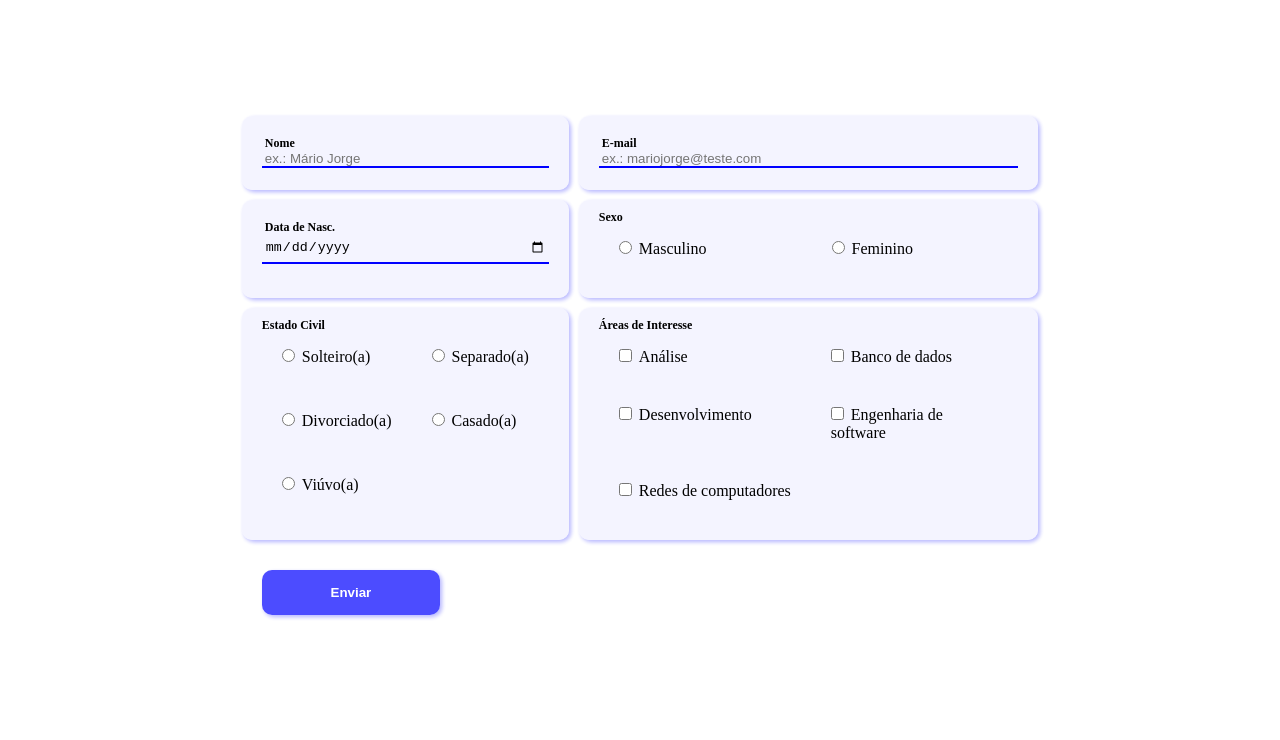
Repository: mjRibeiroTriscal/UVA_Projects
Page: Proj_A1_AVA2_2020_1/index.html
An editor plug-in stored every save of this project. The page is shown before and after the next save, followed by the edit.
The browser window is 1280 px wide. The pictures show the whole page.

Above is the page before, as saved 2020-03-13 14:43:07.

### Proj_A1_AVA2_2020_1/index.html
<!--
*   @project     A1_AVA2_UVA_2020_1
*   @author      Mário Jorge (mariojgmaster@yahoo.com.br)
*   @Git         MJRibeiroTriscal (https://github.com/mjRibeiroTriscal)
-->

<html>

<head>
    <meta charset="UTF-8">
    <title>Tell Me About You</title>
    <!-- <link rel="icon" href="./favicon.png" sizes="16x16 32x32" type="image/png"> -->
    <script src="./script.js"></script>
    <link rel="stylesheet" href="./style.css" />
</head>

<body>
    <div id="container">

        <header>

            <h2></h2>

        </header>

        <section>

            <form class="gridContainer" name="formUva" action="http://google.co">

                <div class="gridItem blockContainer">
                    <label for="nome" class="labelFirst">Nome</label>
                    <input id="nome" type="text" name="nome" placeholder="ex.: Mário Jorge" />
                </div>
                <div class="gridItem blockContainer">
                    <label for="email" class="labelFirst">E-mail</label>
                    <input id="email" type="text" name="email" placeholder="ex.: mariojorge@teste.com" />
                </div>

                <div class="gridItem blockContainer">
                    <label for="dataNasc" class="labelFirst">Data de Nasc.</label>
                    <input id="dataNasc" type="date" name="dataNasc" />
                </div>

                <div class="gridItem gridContainer blockContainer">
                    <h3 style="position:absolute;margin-top:-10px;">Sexo</h3>
                    <div class="gridItem">
                        <input id="masc" type="radio" name="masc" />
                        <label for="masc">Masculino</label>
                    </div>
                    <div class="gridItem">
                        <input id="fem" type="radio" name="fem" />
                        <label for="fem">Feminino</label>
                    </div>
                </div>

                <div class="gridItem gridContainer blockContainer">
                    <h3 style="position:absolute;margin-top:-10px;">Estado Civil</h3>
                    <div class="gridItem">
                        <input id="solteiro" type="radio" name="estCivil" />
                        <label for="solteiro">Solteiro(a)</label>
                    </div>
                    <div class="gridItem">
                        <input id="separado" type="radio" name="estCivil" />
                        <label for="separado">Separado(a)</label>
                    </div>
                    <div class="gridItem">
                        <input id="divorciado" type="radio" name="estCivil" />
                        <label for="divorciado">Divorciado(a)</label>
                    </div>
                    <div class="gridItem">
                        <input id="casado" type="radio" name="estCivil" />
                        <label for="casado">Casado(a)</label>
                    </div>
                    <div class="gridItem">
                        <input id="viuvo" type="radio" name="estCivil" />
                        <label for="viuvo">Viúvo(a)</label>
                    </div>
                </div>

                <div class="gridItem gridContainer blockContainer">
                    <h3 style="position:absolute;margin-top:-10px;">Áreas de Interesse</h3>
                    <div class="gridItem">
                        <input id="analise" type="checkbox" name="analise" />
                        <label for="analise">Análise</label>
                    </div>
                    <div class="gridItem">
                        <input id="bancoDados" type="checkbox" name="bancoDados" />
                        <label for="bancoDados">Banco de dados</label>
                    </div>
                    <div class="gridItem">
                        <input id="desenvolvimento" type="checkbox" name="desenvolvimento" />
                        <label for="desenvolvimento">Desenvolvimento</label>
                    </div>
                    <div class="gridItem">
                        <input id="engenhariaSoftware" type="checkbox" name="engenhariaSoftware" />
                        <label for="engenhariaSoftware">Engenharia de software</label>
                    </div>
                    <div class="gridItem">
                        <input id="redesComputadores" type="checkbox" name="redesComputadores" />
                        <label for="redesComputadores">Redes de computadores</label>
                    </div>
                </div>

                <div class="gridItem itemFlex">
                    <input type="submit" class="blockContainer" value="Enviar">
                </div>

            </form>

        </section>

        <footer>

        </footer>

</body>

</html>

### Proj_A1_AVA2_2020_1/script.js
/*
 *   @project     A1_AVA2_UVA_2020_1
 *   @author      Mário Jorge (mariojgmaster@yahoo.com.br)
 *   @Git         MJRibeiroTriscal (https://github.com/mjRibeiroTriscal)
 */

### Proj_A1_AVA2_2020_1/style.css
/*
 *   @project     A1_AVA2_UVA_2020_1
 *   @author      Mário Jorge (mariojgmaster@yahoo.com.br)
 *   @Git         MJRibeiroTriscal (https://github.com/mjRibeiroTriscal)
 */

* {
    margin: 0px;
    padding: 0px;
}

html,
body {
    width: 100%;
    height: 100%;
}

#container {
    padding: 10px;
    display: flex;
    align-items: center;
    justify-content: center;
    height: 100%;
}

section {
    width: 80%;
    display: flex;
    align-items: center;
    justify-content: center;
}

section form.gridContainer {
    width: 80%;
}

label.labelFirst,
h3 {
    font-size: 12px;
    font-weight: 700;
}

label {
    margin-left: 3px;
}

input {
    border: none;
    outline: none;
    box-shadow: 0;
}

input[type=text],
input[type=date] {
    width: 100%;
    height: 50%;
    padding: 1px 3px;
    border-bottom: 2px solid Blue;
    background: none;
}

input[type=submit] {
    width: 60%;
    height: 100%;
    padding: 10px;
    color: #FFF;
    font-weight: bold;
    background-color: rgba(0, 0, 255, 0.7);
    border-radius: 10px;
}

input[type=submit]:active {
    background-color: rgba(0, 0, 255, 0.9);
}

.gridContainer {
    display: grid;
    /* border: 1px solid red; */
    grid-template-columns: auto auto;
}

.gridItem {
    padding: 20px;
}

.blockContainer {
    margin: 5px;
    border-radius: 10px;
    background-color: rgba(240, 240, 255, 0.7);
    box-shadow: 2px 2px 4px rgba(0, 0, 255, 0.1), 2px 2px 4px rgba(0, 0, 255, 0.2);
}

After the next save:
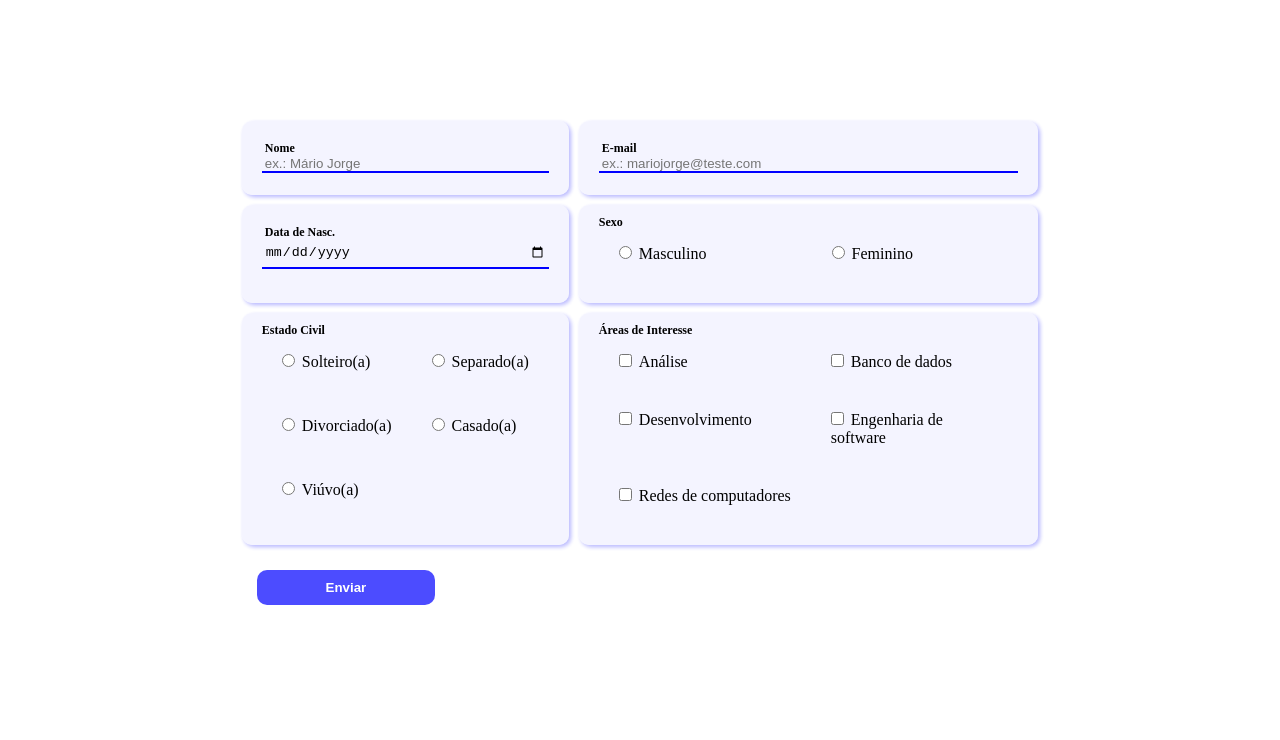
Saved 14 s later.
--- a/Proj_A1_AVA2_2020_1/index.html
+++ b/Proj_A1_AVA2_2020_1/index.html
@@ -102,7 +102,7 @@
                 </div>
 
                 <div class="gridItem itemFlex">
-                    <input type="submit" class="blockContainer" value="Enviar">
+                    <input type="submit" value="Enviar">
                 </div>
 
             </form>
